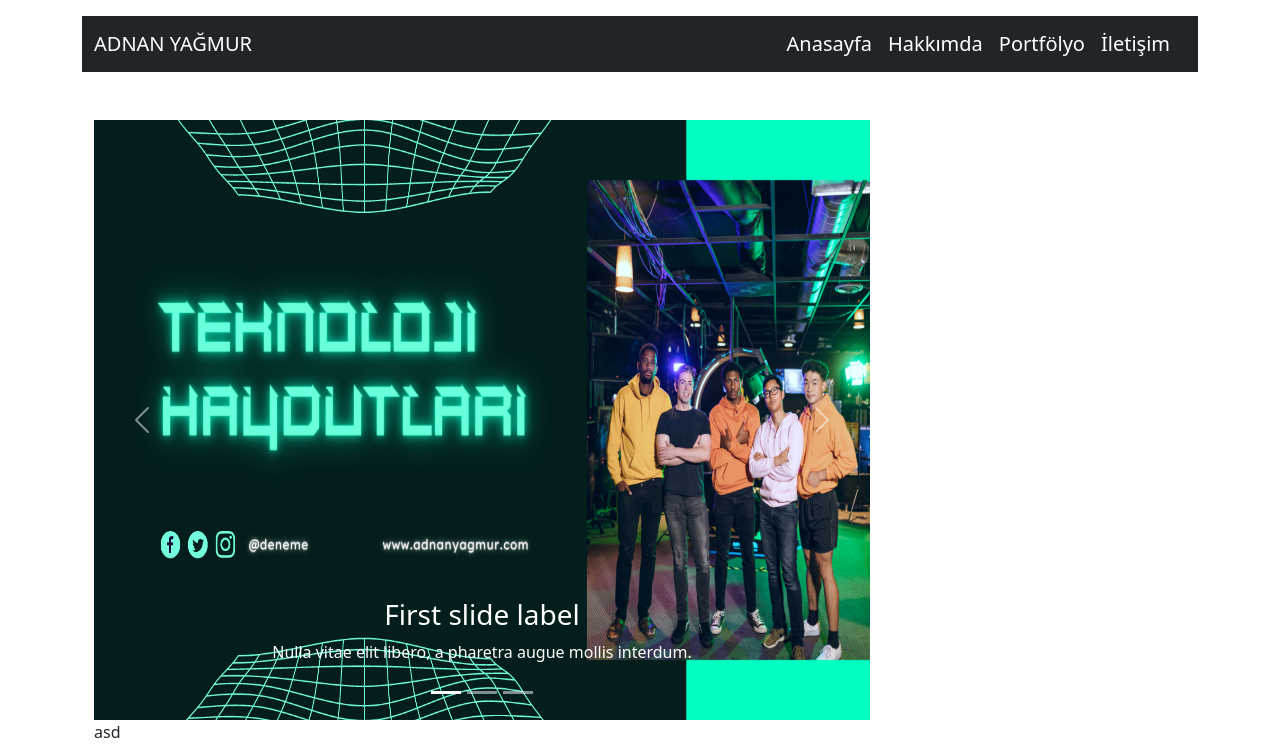
Repository: adnanyagmur/react-bootstrap-example
Page: /
These files come from the project's save history. The page is drawn as it stood at one moment and after the next save; the edit follows.
The browser window is 1280 px wide. The pictures show the whole page.
The project was rebuilt for these pictures with package versions that can differ from the ones it lists, and the page was loaded fresh each time.

Above is the page before, as saved 2022-06-29 10:43:24.

### src/index.js
import React from 'react';
import ReactDOM from 'react-dom/client';
import '../node_modules/bootstrap/dist/css/bootstrap.min.css';
import SSRProvider from 'react-bootstrap/SSRProvider';
import App from './App';


const root = ReactDOM.createRoot(document.getElementById('root'));
root.render(
  <React.StrictMode>
  <SSRProvider>
  <App />
</SSRProvider>
  </React.StrictMode>
);

### src/App.js
import  Appbar  from "./appComponents/Appbar.jsx";
import Container from "./appComponents/Container.jsx";
import Slider from "./appComponents/Slider.jsx";

function App() {

 return (
 <div className="container">

  <div>
<Appbar></Appbar>
</div>
<div>
<Slider></Slider>
</div>
<div>
  <Container></Container>
</div>
  </div>
  );
}

export default App;

### src/appComponents/Appbar.jsx

const Appbar =()=>{

    return(
        <>
  <nav className="navbar navbar-dark bg-dark mb-5 mt-3">
  <div className="container-fluid">
    <a href="/" className="navbar-brand">ADNAN YAĞMUR</a>
    <form className="d-flex" role="search">
    <a href="/" className="navbar-brand">Anasayfa</a>
    <a href="/" className="navbar-brand">Hakkımda</a>
    <a href="/" className="navbar-brand">Portfölyo</a>
    <a href="/" className="navbar-brand">İletişim</a>

    </form>
  </div>
</nav>

</>
    )
}

export default Appbar;

### src/appComponents/Container.jsx


const Container = ()=> {

    return(
        <div className="container">
asd
        </div>

    )
}

export default Container;

### src/appComponents/Slider.jsx
import {Carousel, Container, Row,} from "react-bootstrap"
import Logo1 from "../assets/Logo1.png";
import Logo2 from "../assets/Logo2.png";
import Logo3 from "../assets/Logo3.png";

const Slider = ()=>{

    return(<Container>
      <Row>
        <div></div>
      </Row>
      <Row>
        <Carousel style={{width:"800px"}}>
        <Carousel.Item interval={1000}>
          <img
            className="d-block w-100"
            src={Logo1}
            alt="First slide"
             height="600"
          />
          <Carousel.Caption>
            <h3>First slide label</h3>
            <p>Nulla vitae elit libero, a pharetra augue mollis interdum.</p>
          </Carousel.Caption>
        </Carousel.Item>
        <Carousel.Item interval={1000}>
          <img
            className="d-block w-100"
            src={Logo2}
            alt="Second slide"
         height="600"
          />

          <Carousel.Caption>
            <h3>Second slide label</h3>
            <p>Lorem ipsum dolor sit amet, consectetur adipiscing elit.</p>
          </Carousel.Caption>
        </Carousel.Item>
        <Carousel.Item interval={1000}>
          <img
            className="d-block w-100"
            src={Logo3}
            alt="Third slide"
            height="600"
          />

          <Carousel.Caption>
            <h3>Third slide label</h3>
            <p>Praesent commodo cursus magna, vel scelerisque nisl consectetur.</p>
          </Carousel.Caption>
        </Carousel.Item>
      </Carousel>
      </Row>
      <Row>
        <div></div>
      </Row>
      </Container>

    )
}
export default Slider;

Loaded but not shown: public/index.html (common file)

After the next save:
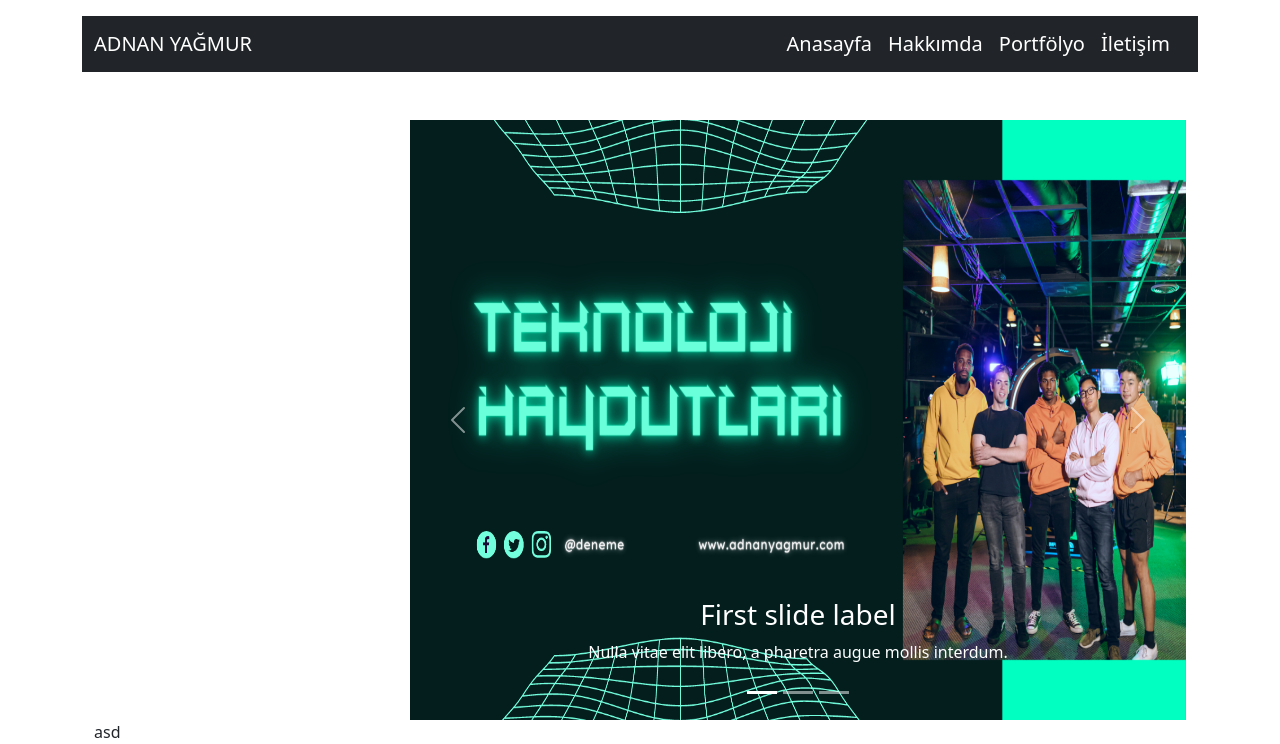
Saved 61 s later.
--- a/src/appComponents/Slider.jsx
+++ b/src/appComponents/Slider.jsx
@@ -1,4 +1,4 @@
-import {Carousel, Container, Row,} from "react-bootstrap"
+import {Carousel, Col, Container, Row,} from "react-bootstrap"
 import Logo1 from "../assets/Logo1.png";
 import Logo2 from "../assets/Logo2.png";
 import Logo3 from "../assets/Logo3.png";
@@ -7,9 +7,10 @@ const Slider = ()=>{
 
     return(<Container>
       <Row>
-        <div></div>
-      </Row>
-      <Row>
+        <Col></Col>
+
+
+
         <Carousel style={{width:"800px"}}>
         <Carousel.Item interval={1000}>
           <img
@@ -51,9 +52,7 @@ const Slider = ()=>{
         </Carousel.Item>
       </Carousel>
       </Row>
-      <Row>
-        <div></div>
-      </Row>
+
       </Container>
 
     )
